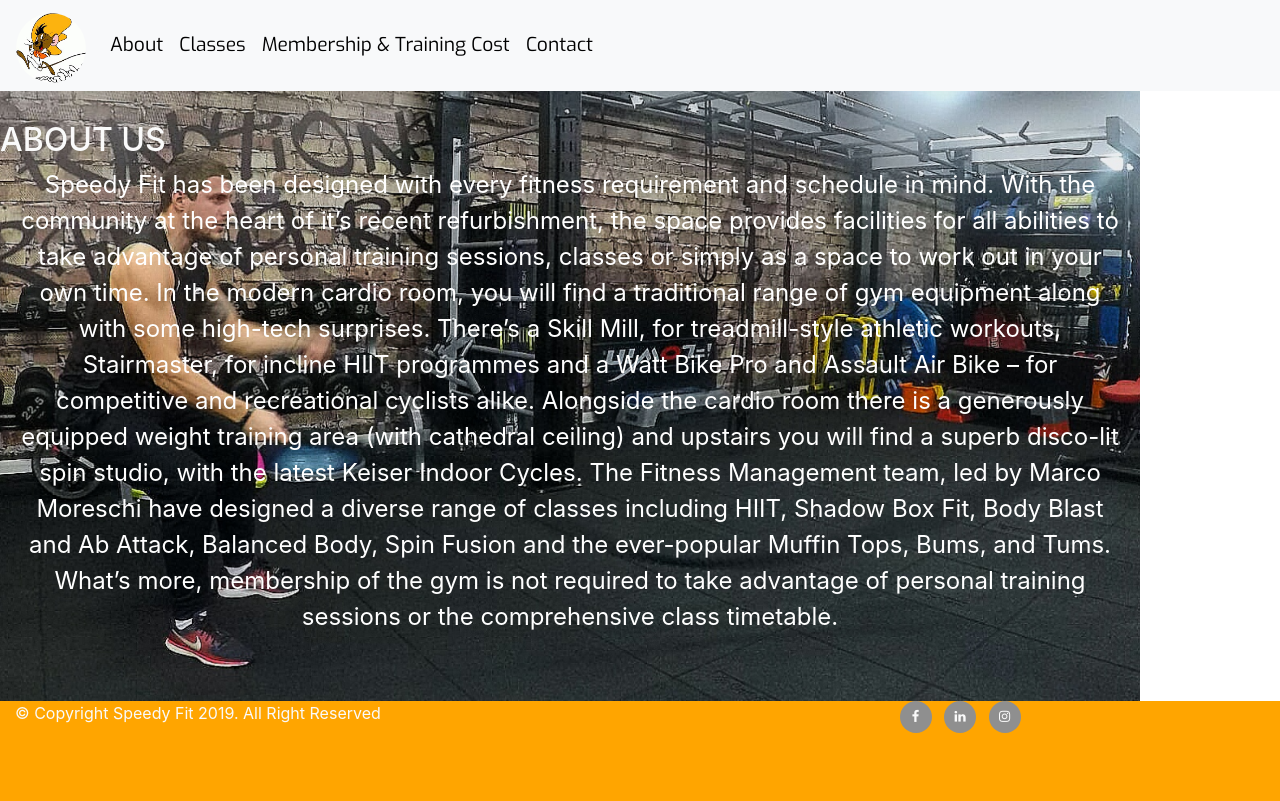
Repository: marcomoreschi/Milestrone-project
Page: index.html
The author's editor kept a record of every edit. The page is drawn from the files as they stood at one moment, then again after the next edit.
The browser window is 1280 px wide. The pictures show the whole page.
Some web libraries are served in a nearby version.

Above is the page before.

After the next edit:
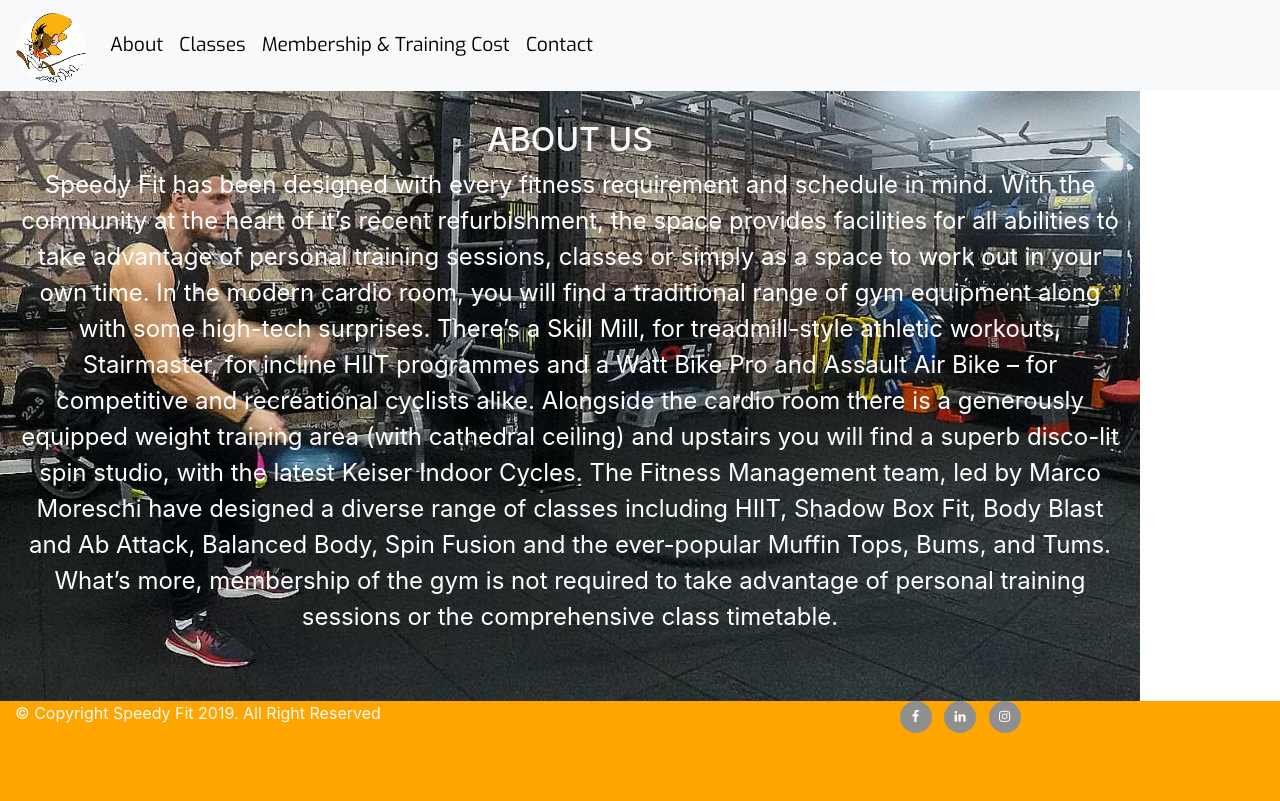
The edit:
--- a/index.html
+++ b/index.html
@@ -46,7 +46,7 @@
 
         <div class="row">
 
-            <h2>About Us</h2>
+            <h2 class="col-sm-12">About Us</h2>
 
             <p class=col-sm-12> Speedy Fit has been designed with every fitness requirement and schedule in mind. With the community at the heart of it’s recent refurbishment, the space provides facilities for all abilities to take advantage of personal training sessions, classes
             or simply as a space to work out in your own time. In the modern cardio room, you will find a traditional range of gym equipment along with some high-tech surprises. There’s a Skill Mill, for treadmill-style athletic workouts, Stairmaster,
